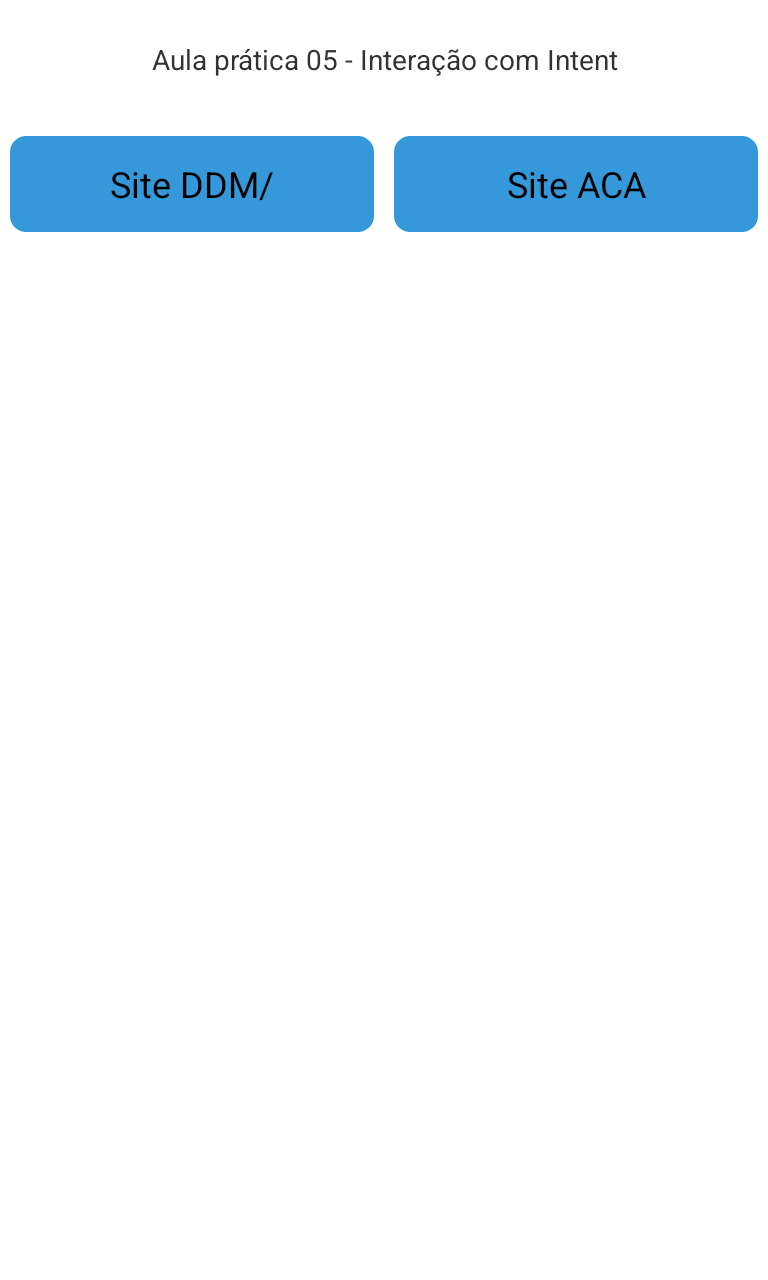
Repository: gokugohan/ddm
Layout: Aulas/res/layout/fragment_aula05.xml
The author's editor kept a copy of each file at every save. The layout is drawn from the files as they stood at one save, then again after the next save.
It is drawn on a 768 x 1280 px phone screen (xhdpi) without system bars, with theme AppTheme; the app's code is not run.

Above is the layout before, as saved 2014-11-03 11:35:35.

After the next save:
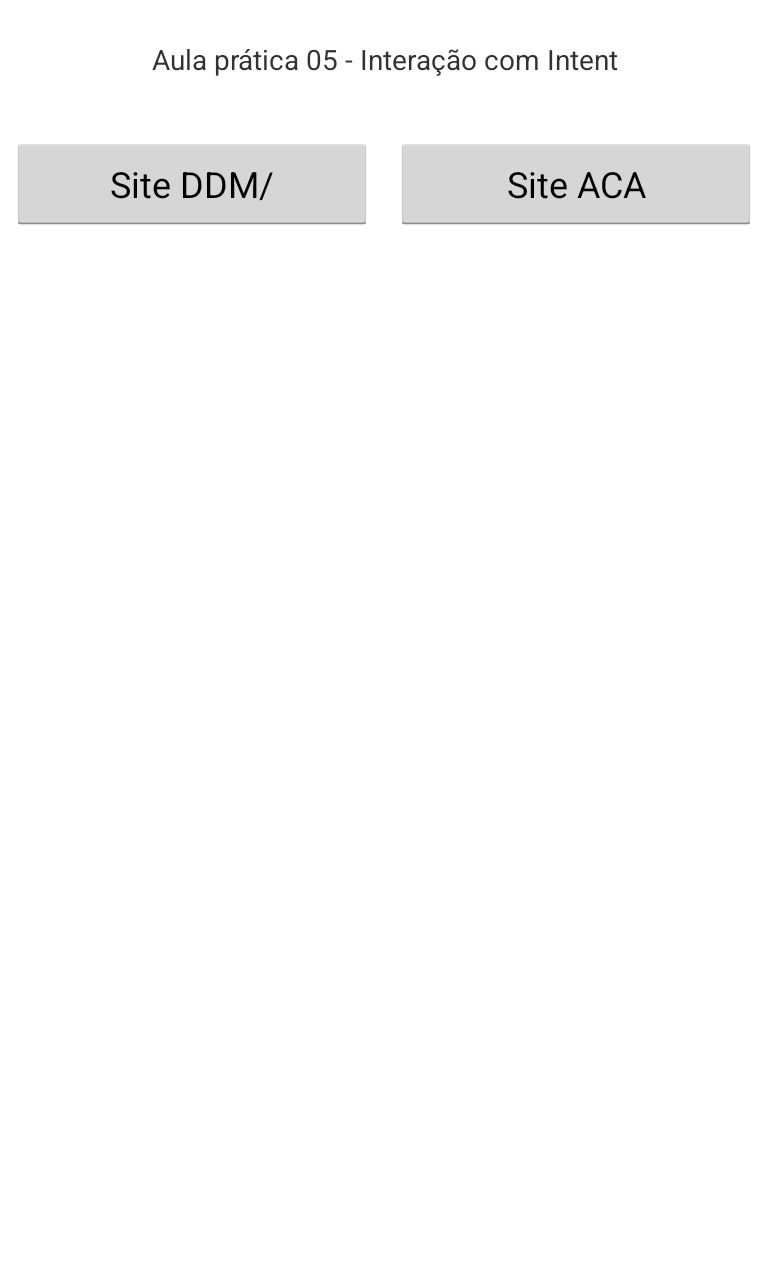
Saved 84 s later.
--- a/Aulas/res/layout/fragment_aula05.xml
+++ b/Aulas/res/layout/fragment_aula05.xml
@@ -25,7 +25,6 @@
             android:layout_height="wrap_content"
             android:layout_margin="5dp"
             android:layout_weight="1"
-            android:background="@drawable/custom_button"
             android:text="@string/str_site1" />
 
         <Button
@@ -34,7 +33,6 @@
             android:layout_height="wrap_content"
             android:layout_margin="5dp"
             android:layout_weight="1"
-            android:background="@drawable/custom_button"
             android:text="@string/str_site2" />
     </LinearLayout>
 
